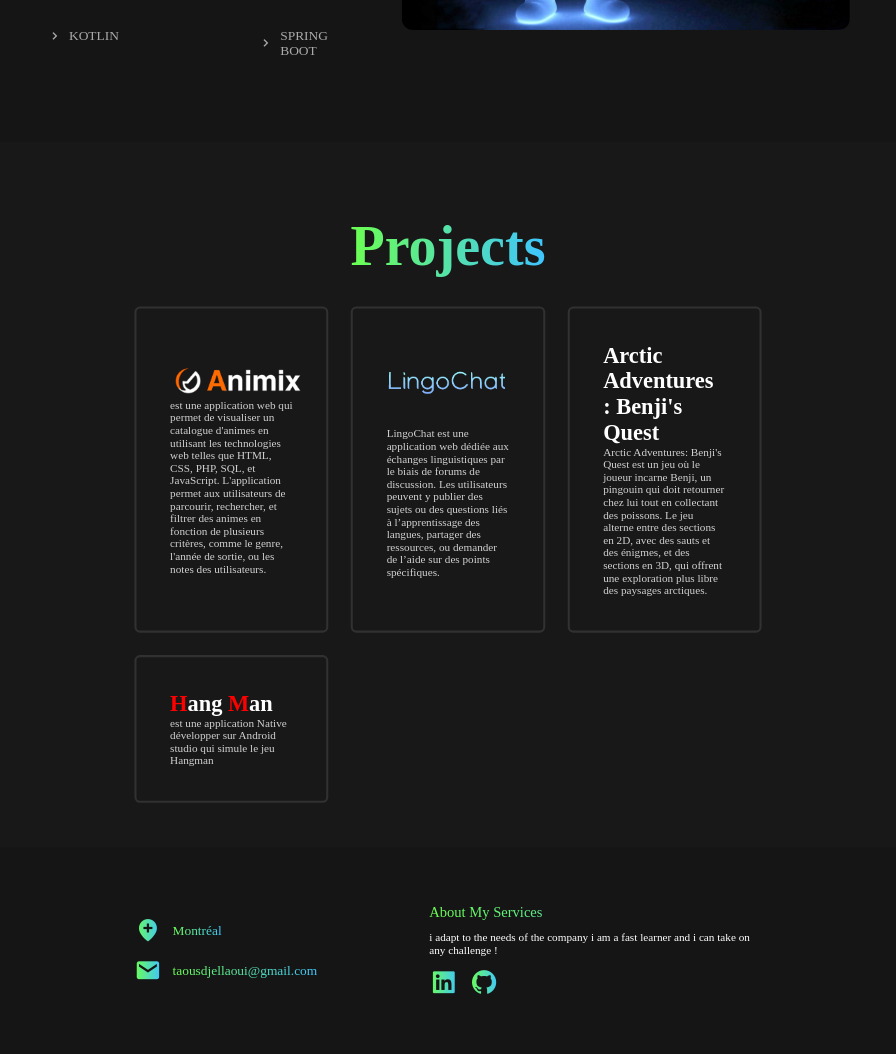
Repository: taousdjellaoui/portfolio-
Page: index.html
An editor plug-in stored every save of this project. The page is shown before and after the next save, followed by the edit.
The browser window is 1280 px wide. The pictures show the part of the page from y = 1237 to 3157 px (the page is 2743 px tall before and 3157 px after), at 70% of full size.

Above is the page before, as saved 2024-10-25 13:59:32.

### index.html
<!DOCTYPE html>
<html lang="en">
  <head>
    <meta charset="UTF-8" />
    <meta name="viewport" content="width=device-width, initial-scale=1.0" />
    <title>Portfolio Website</title>
    <link rel="stylesheet" href="css/style.css" />
    <link href='https://unpkg.com/boxicons@2.1.4/css/boxicons.min.css' rel='stylesheet'>
  </head>
  <body>
    <nav>
      <a href="#" class="logo"><span>Taous Djellaoui</span></a>
      <ul class="links">
        <a href="#home">Home</a>
        <a href="#about">About</a>
        <a href="#projects">Projects</a>

        <i class='bx bx-menu-alt-right' id="Menu"></i>
      </ul>
      <a href="#contact" class="btn">Contact Me</a>

    </nav>
    <section id="home">

      <div class="info-box">

        <h1><span>Hello I'm Taous !</span></h1>
        <h3><span>Web and mobile Development student</span> in montréal</h3>
        <p>i am looking to be an intern in web development or mobile development , i am a student
           at Cégep de Rosemont , and this is a simple  website i created using HTML, CSS and Javascript </p>
      </div>

    </section>

    <section id="about">
      <div class="about-box">
        <div class="about-info">
          <h1><span>About Me</span></h1>
          <p>very curious and always love to learn new things   </p>

        </div>
        <h2><span>Skills</span></h2>
        <div class="skills">
          <ul>
            <li>
              <p><i class='bx bx-chevron-right' ></i>HTML & CSS</p>
            </li>
            <li>
              <p><i class='bx bx-chevron-right' ></i>JAVA</p>
            </li>
            <li>
              <p><i class='bx bx-chevron-right' ></i>JAVASCRIPT</p>
            </li>
            <li>
              <p><i class='bx bx-chevron-right' ></i>KOTLIN</p>
            </li>
          </ul>
          <ul>
            <li>
              <p><i class='bx bx-chevron-right' ></i>REACT & ANGULAR</p>
            </li>
            <li>
              <p><i class='bx bx-chevron-right' ></i>ASP.Net</p>
            </li>
            <li>
              <p><i class='bx bx-chevron-right' ></i>MYSQL</p>
            </li>
            <li>
              <p><i class='bx bx-chevron-right' ></i>SPRING BOOT</p>
            </li>
          </ul>
        </div>

      </div>
      <img src="images/Computer-Science-Pictures.jpg" alt="">
    </section>
    <section id="projects">
      <h1 class="header"><span>Projects</span></h1>
      <div class="projects-container">
        <div class="box">
          <a href="https://github.com/taousdjellaoui/animix">
          <img src="images/logo-animix.png" alt="">
          <p>est une application web qui permet de visualiser un catalogue d'animes en utilisant les technologies web telles que HTML, CSS, PHP, SQL, et JavaScript. L'application permet aux utilisateurs de parcourir, rechercher, et filtrer des animes en fonction de plusieurs critères,
            comme le genre, l'année de sortie, ou les notes des utilisateurs.</p>
          </a>
        </div>
        <div class="box">
          <img src="images/logoLingoChat.png" alt="">

          <p>
            LingoChat est une application web dédiée aux échanges linguistiques par le biais de forums de discussion. Les utilisateurs peuvent y publier des sujets ou des questions liés à l’apprentissage des langues, partager
            des ressources, ou demander de l’aide sur des points spécifiques.</p>
        </div>
       <div class="box">
        <a href="https://taousdjellaoui.itch.io/arctic-adventures-benjis-quest">
          <h1>Arctic Adventures : Benji's Quest</h1>
          <p>Arctic Adventures: Benji's Quest est un jeu où le
            joueur incarne Benji, un pingouin qui doit retourner chez lui tout en
            collectant des poissons. Le jeu alterne entre des sections en 2D, avec des sauts et des
            énigmes, et des sections en 3D, qui offrent une exploration plus libre des paysages arctiques. </p>
          </a>
        </div>
        <div class="box">
          <a href="https://github.com/taousdjellaoui/animix">
            <h1 style="display: inline; color: red;">H</h1><h1 style="display: inline;">ang </h1><h1 style="display: inline; color: red;">M</h1><h1 style="display: inline;">an</h1>

          <p>est une application Native développer sur Android studio qui simule le jeu Hangman </p>
          </a>
        </div>
      </div>
    </section>
    <footer id="contact">
      <div class="col-left">
        <div class="col-box">
          <span><i class='bx bxs-location-plus' ></i></span>
          <span>Montréal</span>
        </div>
        <div class="col-box">
          <span><i class='bx bxs-envelope' ></i></span>
          <span>taousdjellaoui@gmail.com</span>
        </div>
      </div>
      <div class="col-right">
        <span>About My Services</span>
        <p> i adapt to the needs of the company i am a fast learner and i can take on any challenge !</p>
        <div class="social-icons">
          <span><a href="https://www.linkedin.com/in/taous-djellaoui-2874a1187/"><i class='bx bxl-linkedin-square' ></i></a></span>
          <span><a href="https://github.com/taousdjellaoui"><i class='bx bxl-github' ></i></a></span>
        </div>

      </div>
    </footer>

    <script src="script.js"></script>
  </body>
</html>

### css/style.css
* {
  margin: 0;
  padding: 0;
  box-sizing: border-box;
  text-decoration: none;
  list-style: none;
  scroll-behavior: smooth;
  font-family: "Poppins";
}
:root {
  --background: rgb(24, 24, 24);
  --second-background: rgb(21, 21, 21);
}
body{
  min-height: 100vh;
  background-color: var(--background);
}
nav{
position:fixed;
top:0;
width: 100%;
padding: 2em 15%;
display: flex;
align-items: center;
justify-content: space-between;
background-color:rgba(15,15,15,0.8);
backdrop-filter: blur(10px);
z-index: 1000;
}
ul{
  display:flex;
  align-items: center;
  gap: 3em;

}
nav ul a{
  color: white;
  opacity: 0.7;
  transition:0.2s ease-in-out;
}
nav ul a:hover{
  opacity: 1;

}
.logo{
  font-size:2em;
  color: white;
  font-weight: 800;
  opacity: 0.8;
  transition: 0.2s ease-in-out;

}
.logo:hover{
  opacity: 1;
}
.btn{
  padding : 0.5em 1em;
  color : white;
  font-weight: 500;
  letter-spacing:1px ;
  border-radius: 0.5em;
  font-size: 1.1em;
  border: 2px solid white;
  cursor: pointer;
  transition: 0.3s ease-in-out;

}
.btn:hover{
  background-color: white;
  color: var(--background);

}
span{
  background: linear-gradient(to right,#6cff52,#3ec5ff);
  background-clip: text;
  color:transparent;
}
#menu{
  color:white;
  font-size:3em;
  display:none;
}
section{
  min-height: 100vh;
  padding: 5% 15%;
}
#home{
display: flex;
flex-direction: column;
align-items:center;
justify-content: center;
gap:2em;
color:white;

}
#home img{
width:30vw;
border-radius: 1%;
margin-top: 3em;

}
.info-box{
  display: flex;
  flex-direction: column;
  text-align: center;
  gap: 0.5em;
  max-width: 500px;

}
.info-box h1{
  font-size:4em;
  font-weight: 500;
}
.info-box h3{
  font-size:2em;
  font-weight: 400;
}
.info-box p{
 opacity:0.7;
}
.btn-box{
  display: flex;
  gap: 1em;
}
.btn-box .btn:nth-of-type(2){
  background-color:white;
  color: var(--background)
}
.btn-box .btn:nth-of-type(2):hover{
  background-color: var(--background);
  color:white;

}
::-webkit-scrollbar{
  width: 20px;
  background-color: var(--background);
}
::-webkit-scrollbar-thumb{
  background: linear-gradient(to bottom,#788077,#a8b2b7);

}
#about{
  background-color: var(--second-background);
  display: flex;
  align-items:center;
  justify-content: center;
  gap: 5em;

}
#about img{
  width: 50vw;
  border-radius:1em;

}
.about-box{
  display:flex;
  flex-direction: column;
  text-align: left;
  gap: 2em;
}
.about-box h1{
  font-size: 4em;
}
.about-box p{
color:white;
opacity:0.8;
}
.skills{
  display:flex;
  text-align: left;
  gap: 10em;

}
.skills ul{
  font-size: 1em;
  font-weight: 500;
  display:flex;
  flex-direction: column;
  color:white;
  opacity:0.8;
  align-items: baseline;
}
.skills ul li p{
  color: white ;
  display: flex;
  align-items:center;
  gap : 0.5em;
   font-size: 1.2em;
   transition:0.3s ease-in-out;
}
.skills ul li p:hover{
  transform: translateX(10px);
}
.skills ul li i{
 font-size:1.2em;

}
.about-box h2{
  font-size: 2.5em;
}
#projects{
  background-color: var(--background);
}
.header{
  text-align: center;
  font-size: 5em;
  margin:0.5em 0;
}
.projects-container{
  display:grid;
  grid-template-columns: repeat(auto-fit,minmax(250px,1fr));
  gap:2em;
}
.box{
  border:3px solid rgb(49, 49, 49);
border-radius: 0.5em;
display: flex;
flex-direction: column;
justify-content: center;
overflow: hidden;
object-fit: cover;
padding:3em ;
gap: 2em;
color:white;
cursor:pointer;
transition:0.3s ease-in-out;
}
.box:hover{
  border: 3px solid rgb(100,100,100);
}
.box p{
  opacity:0.8;
}
.box h1{
  font-size: 2em;
}
.box img{
 min-width:25px;
 border-radius:0.5em;
}
footer{
  display: flex;
  align-items:center;
  justify-content: center;
  gap:10em;
  bottom:0;
  background-color: var(--second-background);
  width:100%;
  padding: 5em 15%;
}
.col-left{
  display:flex;
  flex-direction:column;
  gap : 1em;
}
.col-box{
  display: flex;
  align-items:center;
  gap : 1em;
}
.col-box i{
  font-size: 2em;
}
.col-box span{
  font-size: 1.2em;
}
.col-right{
  display:flex;
  flex-direction: column;
  gap:1em;
  color:white;
  max-width:500px;
}
.col-right span{
  font-size: 1.3em;
}
.col-right .social-icons{
  display:flex;
  align-items:baseline;
  justify-content: left;
  gap: 1em;
}
.col-right .social-icons i{
  font-size :2em;
  transition: 0.2s ease-in-out;
  cursor: pointer;
}
.social-icons i:hover{
  color:white;
}
a {
  color: inherit;
}

Loaded but not shown: script.js (no stored copy; drawn as an empty file)

After the next save:
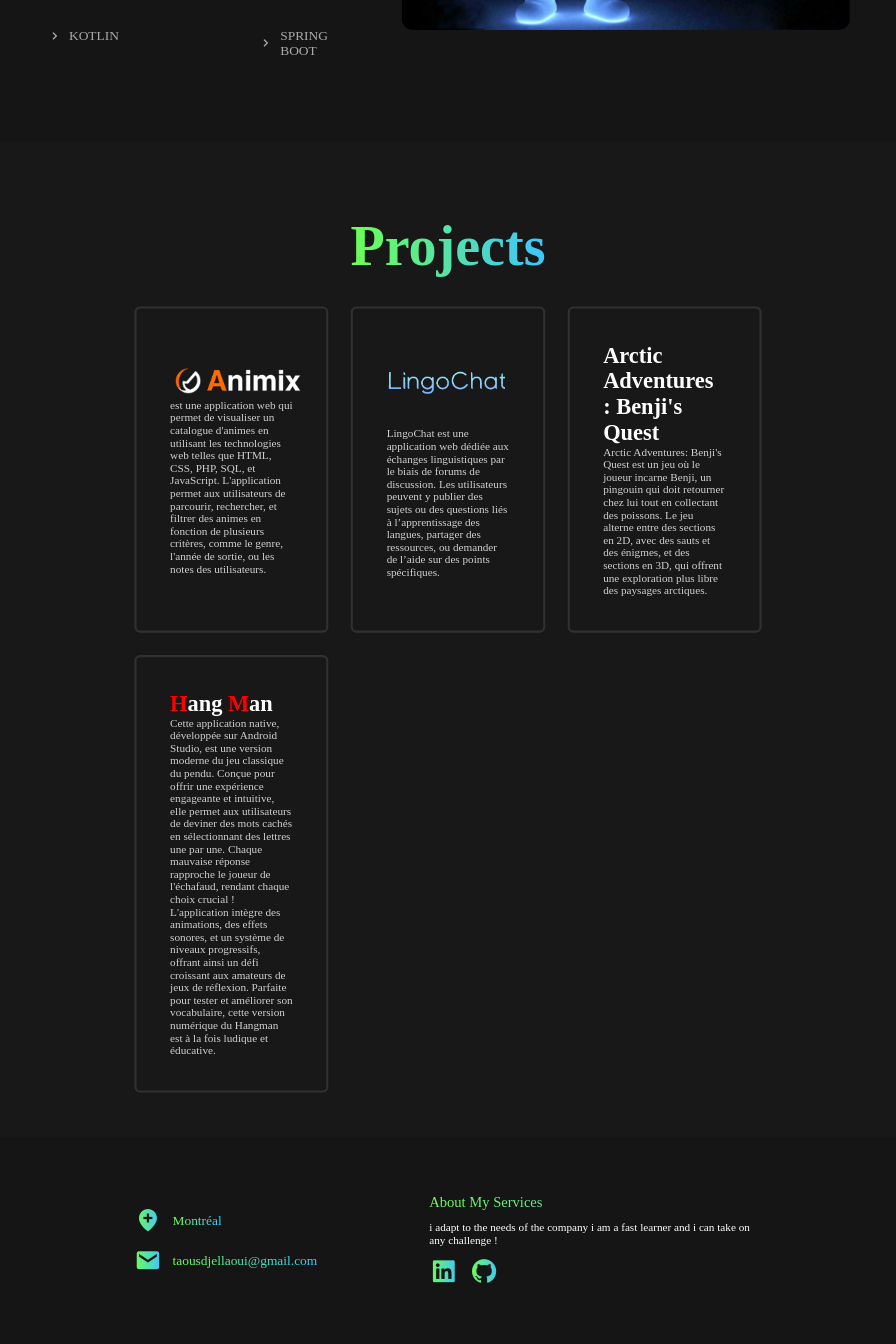
Saved 42 s later.
--- a/index.html
+++ b/index.html
@@ -104,7 +104,10 @@
           <a href="https://github.com/taousdjellaoui/animix">
             <h1 style="display: inline; color: red;">H</h1><h1 style="display: inline;">ang </h1><h1 style="display: inline; color: red;">M</h1><h1 style="display: inline;">an</h1>
 
-          <p>est une application Native développer sur Android studio qui simule le jeu Hangman </p>
+            <p>
+              Cette application native, développée sur Android Studio, est une version moderne du jeu classique du pendu. Conçue pour offrir une expérience engageante et intuitive, elle permet aux utilisateurs de deviner des mots cachés en sélectionnant des lettres une par une. Chaque mauvaise réponse rapproche le joueur de l'échafaud, rendant chaque choix crucial ! L'application intègre des animations, des effets sonores, et un système de niveaux progressifs, offrant ainsi un défi croissant aux amateurs de jeux de réflexion. Parfaite pour tester et améliorer son vocabulaire, cette version numérique du Hangman est à la fois ludique et éducative.
+          </p>
+
           </a>
         </div>
       </div>
